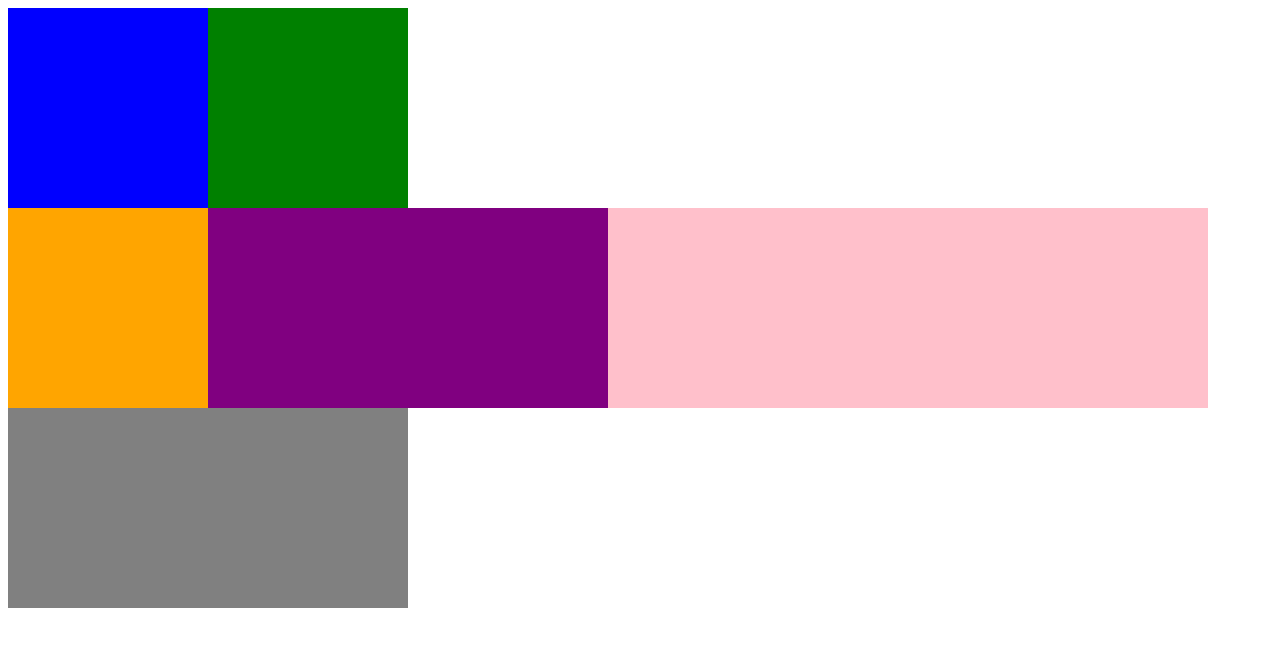
Repository: zmfhd1/Web
Page: boardtest/WebContent/float.html
The author's editor kept a copy of each file at every save. The page is drawn from the files as they stood at one save, then again after the next save.
The browser window is 1280 px wide. The pictures show the whole page.

Above is the page before, as saved 2021-08-23 01:52:50.

### boardtest/WebContent/float.html
<!DOCTYPE html>
<html>
<head>
  <meta charset="UTF-8">
  <style>

.col {
  height: 200px;
}

.sample1 {
  width: 200px;
}

.sample2 {
  width: 400px;
}

.sample3 {
  width: 600px;
}


#div1 {
  float: left;
}

#div2{
  float: left;
}

/* #div3{
  float: left;
} */
#div4{
  float: left;
}

#div5{
  float: left;
}

#div6{
  float: left;
}

#div7{
  float: left;
} */

  </style>
</head>
  <body>
    <div id="div1" class="col sample1" style="background-color: blue;"></div>
    <div id="div2" class="col sample1" style="background-color: green;"></div>
    <div id="div3" class="col sample1" style="background-color: yellow;"></div>
    <div id="div4" class="col sample1" style="background-color: orange;"></div>
    <div id="div5" class="col sample2" style="background-color: purple;"></div>
    <div id="div6" class="col sample3" style="background-color: pink;"></div>
    <div id="div7" class="col sample2" style="background-color: grey;"></div>
  </body>
</html>

After the next save:
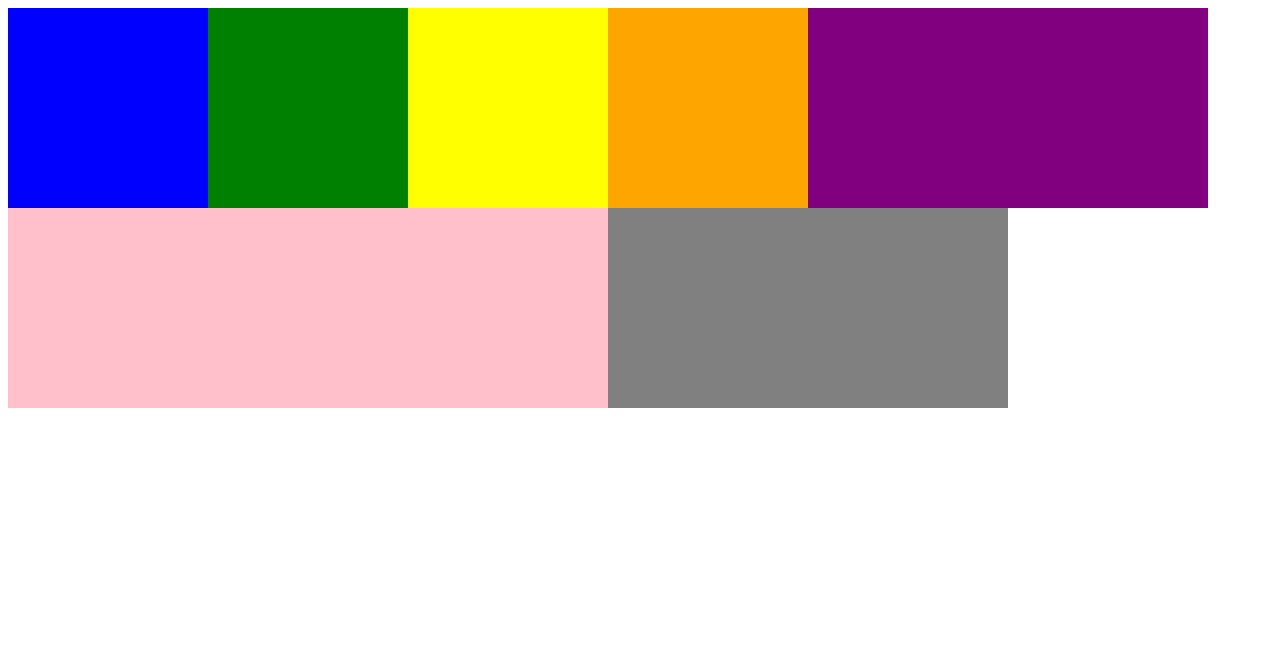
Saved 2 min 50 s later.
--- a/boardtest/WebContent/float.html
+++ b/boardtest/WebContent/float.html
@@ -29,9 +29,9 @@
   float: left;
 }
 
-/* #div3{
+#div3{
   float: left;
-} */
+}
 #div4{
   float: left;
 }
